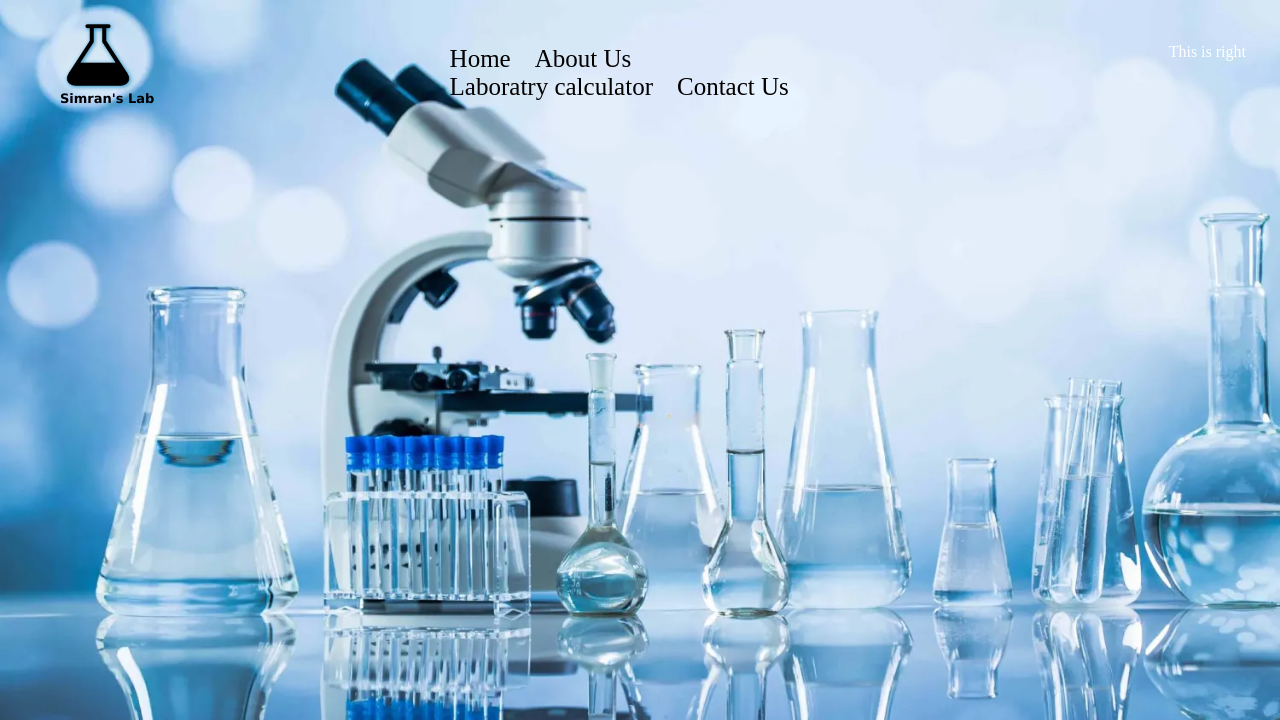
Repository: raisingh22/Simranlearning
Page: html css java/website/index.html
These files come from the project's save history. The page is drawn as it stood at one moment and after the next save; the edit follows.
The browser window is 1280 px wide. The pictures show the whole page.

Above is the page before, as saved 2024-01-01 18:51:09.

After the next save:
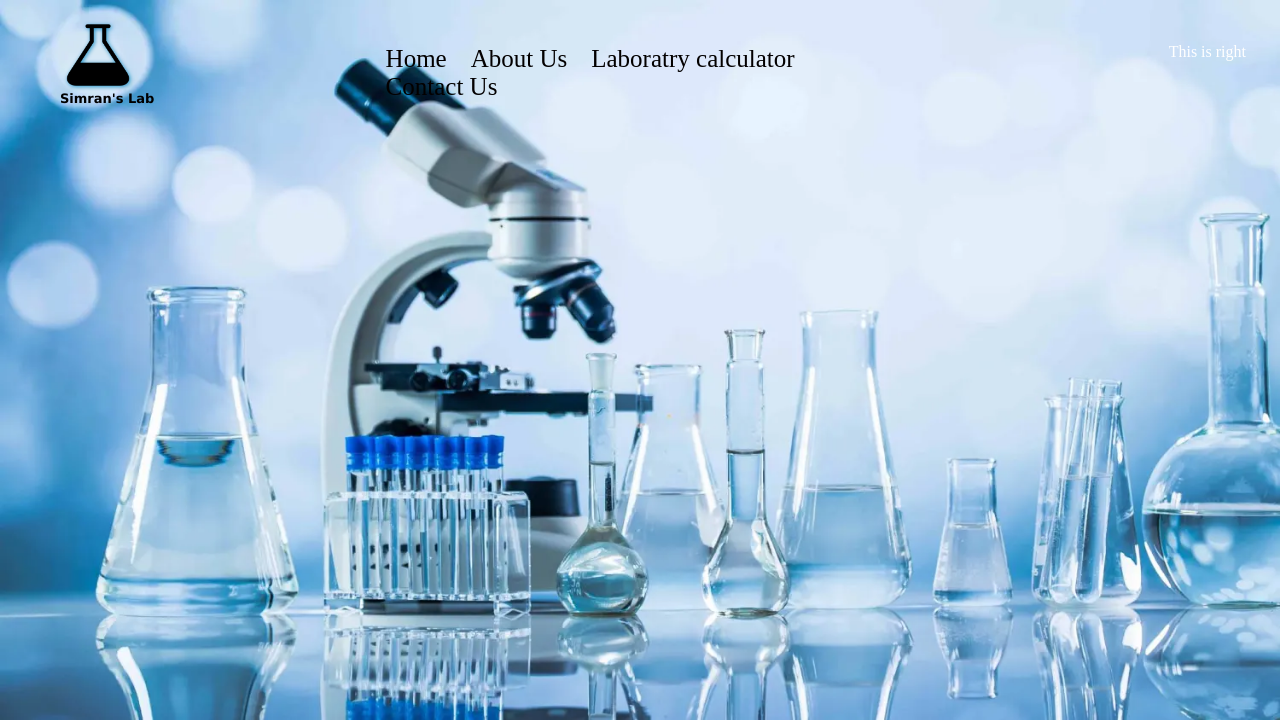
Saved 28 s later.
--- a/html css java/website/index.html
+++ b/html css java/website/index.html
@@ -41,7 +41,7 @@
     }
     .mid{
         display: block;
-        width: 36%;
+        width: 46%;
         margin: 29px auto;
         /* border: 2px solid #427e56; */
         /* background-color: #b7b1b164; */
